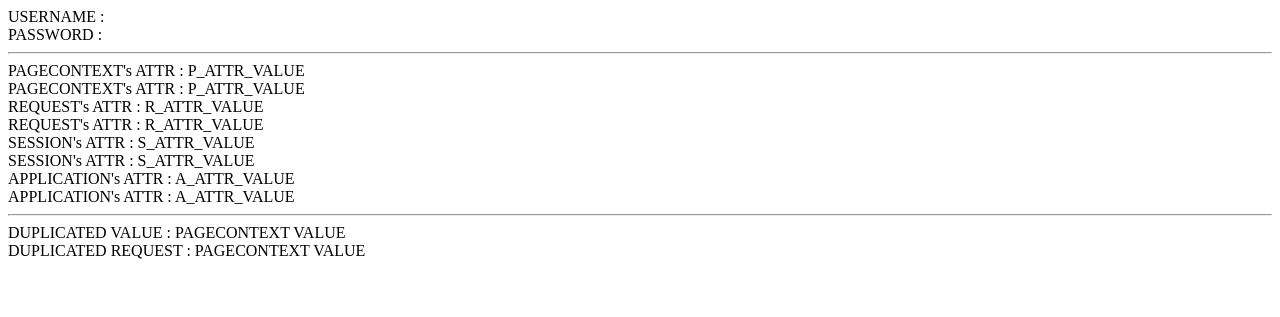
Repository: Leehj9094/JAVA_BOOK-
Page: http://localhost/01JSP/C08/01EL/result.jsp
An editor plug-in stored every save of this project. The page is shown before and after the next save, followed by the edit.
The browser window is 1280 px wide. The pictures show the whole page.
The page is served by Tomcat 9.

Above is the page before, as saved 2025-04-04 02:37:53.

After the next save:
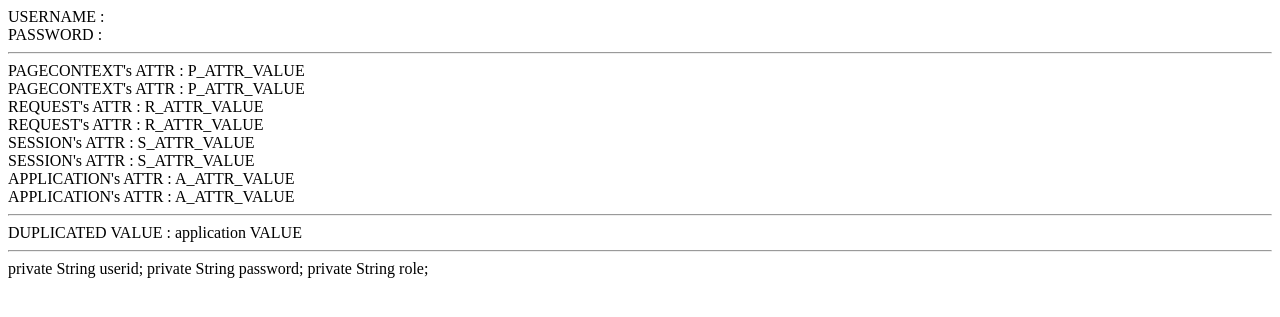
Saved 78 s later.
--- a/JSP/01JSP/src/main/webapp/C08/01EL/result.jsp
+++ b/JSP/01JSP/src/main/webapp/C08/01EL/result.jsp
@@ -23,9 +23,9 @@
 	session.setAttribute("S_ATTR","S_ATTR_VALUE");
 	application.setAttribute("A_ATTR", "A_ATTR_VALUE");
 
-	pageContext.setAttribute("DUP", "PAGECONTEXT VALUE");
-	request.setAttribute("DUP","REQUEST VALUE");
-	session.setAttribute("DUP", "SESSION VALUE");
+	//pageContext.setAttribute("DUP", "PAGECONTEXT VALUE");
+	//request.setAttribute("DUP","REQUEST VALUE");
+	//session.setAttribute("DUP", "SESSION VALUE");
 	application.setAttribute("DUP", "application VALUE");
 
 %>
@@ -52,7 +52,11 @@ APPLICATION's ATTR : ${applicationScope.A_ATTR}<br/>
 <!-- EL : ATTRIBUTE(중복값) -->
 
 DUPLICATED VALUE : ${DUP}<br/>
-DUPLICATED REQUEST : ${DUP}<br/>
+<hr/>
+
+private String userid;
+	private String password;
+	private String role;
 
 
 </body>
